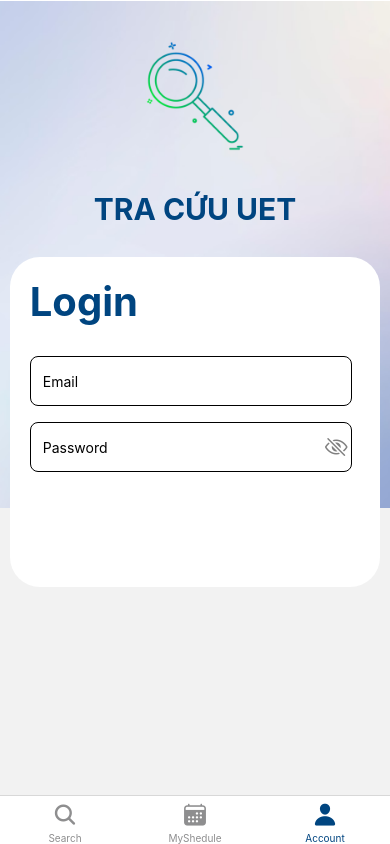
Repository: nguyenkhackien/Student-Progress-Tracker-
Screen: /Account (app in MyApp/)
The author's editor kept a copy of each file at every save. The screen is drawn from the files as they stood at one save, then again after the next save.
The app was drawn by React Native's web renderer in a window 390 px wide. The project was rebuilt for these pictures with package versions that can differ from the ones it lists, and the page was loaded fresh each time. Also part of the build but not shown: MyApp/src/components/MyScheduleScreen.js.

Above is the screen before, as saved 2024-07-21 21:58:09.

After the next save:
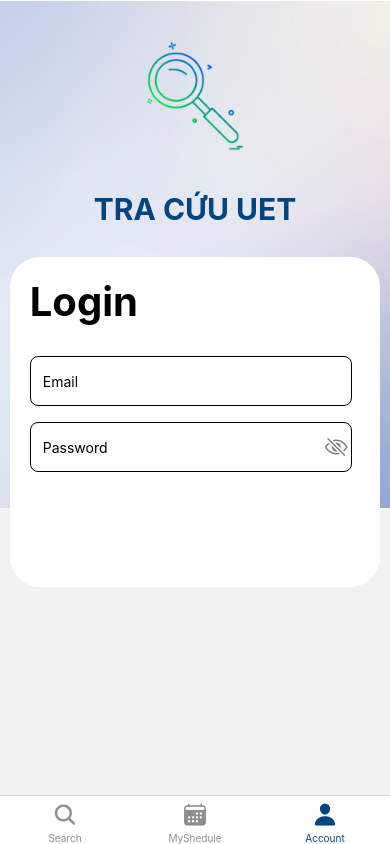
Saved 8 s later.
--- a/MyApp/src/components/LoginScreen.js
+++ b/MyApp/src/components/LoginScreen.js
@@ -33,7 +33,7 @@ const LoginScreen = () => {
                     <Text style={styles.title}>TRA CỨU UET</Text>
                     <View style={styles.loginContainer}>
                         <Text style={styles.title}>
-                            <Text style={{fontSize:40,color:'back'}}>Login</Text>
+                            <Text style={{fontSize:40,color:'black'}}>Login</Text>
                         </Text>
                         <View style={styles.inputContainer}>
                             <TextInput
